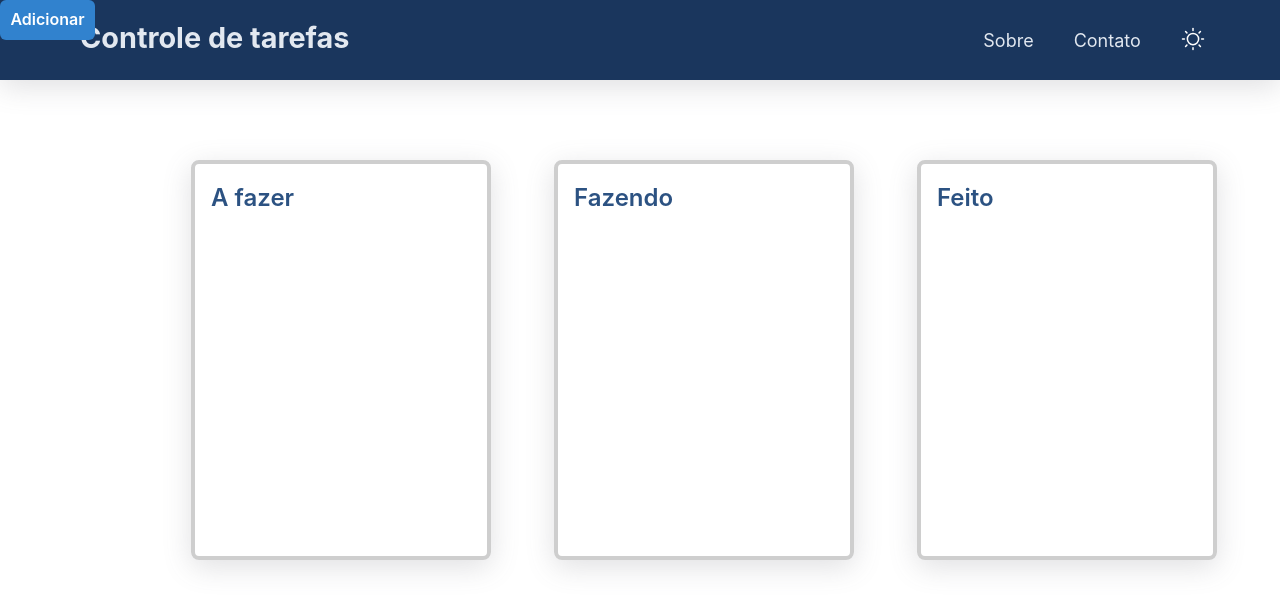
Repository: leosulzbach/Hackaton-Relampago
Page: /home (app in Front/)
An editor plug-in stored every save of this project. The page is shown before and after the next save, followed by the edit.
The browser window is 1280 px wide. The pictures show the whole page.
The page's requests for data from a server got no answer. The project was rebuilt for these pictures with package versions that can differ from the ones it lists, and the page was loaded fresh each time. No one was signed in, and anything a server would have sent is missing. Also part of the build but not shown: Front/vite.config.ts.

Above is the page before, as saved 2022-11-07 16:16:44.

### Front/src/App.tsx
import { ChakraProvider, theme } from "@chakra-ui/react"
import { BrowserRouter } from "react-router-dom"
import { Router } from "./Routes/Router"



function App() {
  return(
    <ChakraProvider theme={theme}>
    <BrowserRouter>
      <Router />
    </BrowserRouter>
  </ChakraProvider>
  )
}

export default App

### Front/src/Routes/Router.tsx
import { Routes, Route } from "react-router-dom";
import { Home } from "../Pages/home";


export function Router() {
  return (
    <Routes>
      <Route path="/home" element={<Home />} />
     </Routes>
  );
}

### Front/src/Pages/home.tsx
import { Box, Button, Flex, Grid, Text } from '@chakra-ui/react'
import axios from 'axios';
import { CalendarPlus } from 'phosphor-react';
import { useEffect, useState } from 'react';
import { Header } from '../Components/Header'


export interface Cadastro {
    id: number;
    descricao: string;
    situacao: string;
    data_vencimento: string;
    prioridade: string;
    email: string

}

export const Home = () => {

        const [CadastroList, setCadastroList] = useState<Cadastro[]>([]);
        const [CadastroFilter, setCadastroFilter] = useState<Cadastro[]>(CadastroList);


        useEffect(() => {
            axios.get<Cadastro[]>("http://localhost:3000/tarefas").then((response) => {
                setCadastroList(response.data);
            });
        }, []);


        const [tarefa, settarefa] = useState<any>();




        useEffect(() => {


            setCadastroFilter(

                CadastroList);
        }, [CadastroList])


    return (
        <Flex>
            <Header />
         <Button colorScheme='blue'>Adicionar</Button>

            <Grid
                templateColumns='repeat(3, 1fr)'
                ml={"6rem"}
                mt={"10rem"}
                alignItems={"center"}
                width='100%'
                height="100%"
            >
                <Box
                    border={"4px solid #cecece"}
                    boxShadow={"rgba(100, 100, 111, 0.2) 0px 7px 29px 0px"}
                    borderRadius={8}
                    w={"300px"}
                    h={"400px"}
                >
                    <Text
                        p={"1rem"}
                        fontSize={"1.5rem"}
                        fontWeight={"semibold"}
                        color={"blue.700"}
                    >A fazer</Text>

                </Box>
                <Box
                    border={"4px solid #cecece"}
                    boxShadow={"rgba(100, 100, 111, 0.2) 0px 7px 29px 0px"}
                    borderRadius={8}
                    w={"300px"}
                    h={"400px"}>
                    <Text
                        p={"1rem"}
                        fontSize={"1.5rem"}
                        fontWeight={"semibold"}
                        color={"blue.700"}
                    >Fazendo</Text>
                </Box>
                <Box
                    border={"4px solid #cecece"}
                    boxShadow={"rgba(100, 100, 111, 0.2) 0px 7px 29px 0px"}
                    borderRadius={8}
                    w={"300px"}
                    h={"400px"}>
                    <Text
                        p={"1rem"}
                        fontSize={"1.5rem"}
                        fontWeight={"semibold"}
                        color={"blue.700"}
                    >Feito</Text>
                </Box>

            </Grid>
        </Flex>
    )

}

### Front/src/Components/Header.tsx
import { Box, Flex, Input, Link, Text } from "@chakra-ui/react";
import { Sun } from "phosphor-react";



export const Header = () => {
    return (
        <Flex

            as="header"
            w="100%"
            h="20"
            justify="space-between"

            borderBottomWidth={1}
            borderColor="blue.900"
            bg="blue.900"
            position={"fixed"}
            boxShadow="rgba(100, 100, 111, 0.2) 0px 7px 29px 0px"
        >
            <Flex
                p="1rem"
                justify="flex-start"
                ml="4rem"
            >
                <Text
                    fontSize="1.8rem"
                    fontWeight="bold"
                    color="gray.200"
                >
                    Controle de tarefas
                </Text>
            </Flex>
            <Flex
                p="1.7rem"
                mr="3rem"
                justify="flex-end"
                gap={10}
            >

                <Link

                    href="/sobre"
                    color="gray.200"
                    fontSize={18}
                    _hover={{
                        borderBottom: '4px solid  blue', transition: 'all 0.3s ease-out', transform: 'translate(-11px, 0px)'
                    }}
                >
                    Sobre
                </Link>
                <Link
                    href="/contato"
                    color="gray.200"
                    fontSize={18}
                    _hover={{
                        borderBottom: '4px solid  blue', transition: 'all 0.3s ease-out', transform: 'translate(-11px, 0px)'
                    }}

                >
                    Contato
                </Link>
                <Sun size={24} color={"white"} />
            </Flex>



        </Flex>
    );
}

Loaded but not shown: Front/index.html (common file); Front/src/main.tsx (common file)

After the next save:
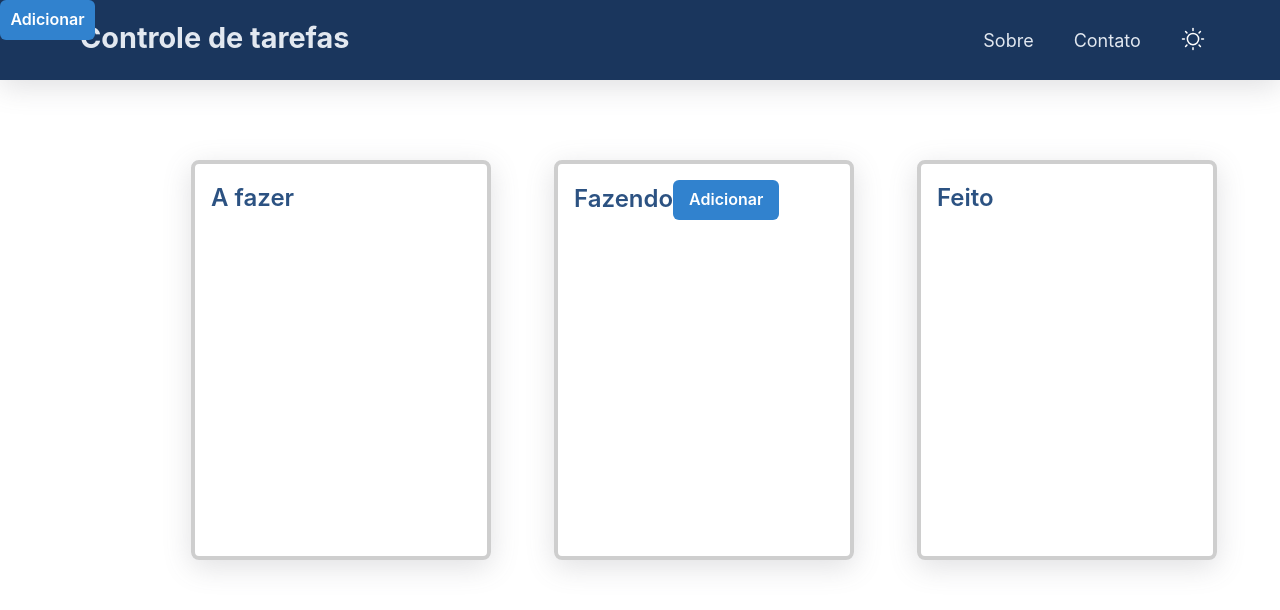
Saved 28 s later.
--- a/Front/src/Pages/home.tsx
+++ b/Front/src/Pages/home.tsx
@@ -81,7 +81,8 @@ export const Home = () => {
                         fontSize={"1.5rem"}
                         fontWeight={"semibold"}
                         color={"blue.700"}
-                    >Fazendo</Text>
+                    >Fazendo
+                     <Button colorScheme='blue'>Adicionar</Button></Text>
                 </Box>
                 <Box
                     border={"4px solid #cecece"}
